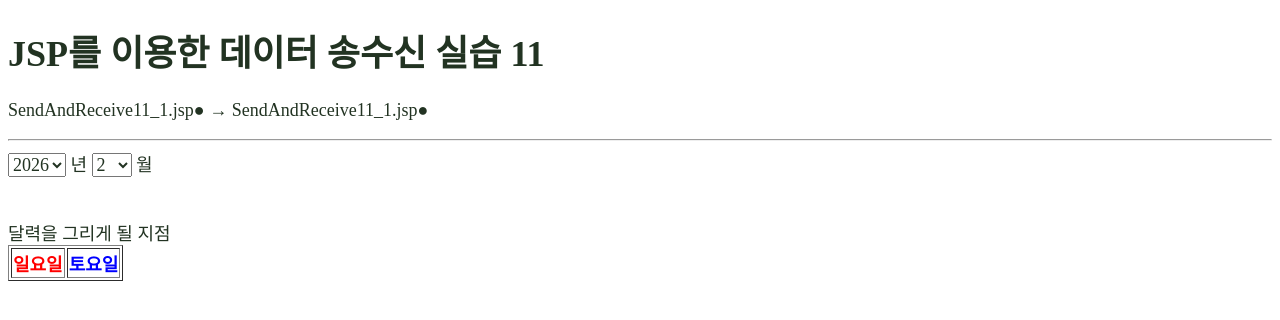
Repository: god5228god/Jsp
Page: http://localhost/WebApp06/SendAndReceive11_1.jsp
An editor plug-in stored every save of this project. The page is shown before and after the next save, followed by the edit.
The browser window is 1280 px wide. The pictures show the whole page.
The page is served by Tomcat 9.

Above is the page before, as saved 2026-03-04 05:19:29.

After the next save:
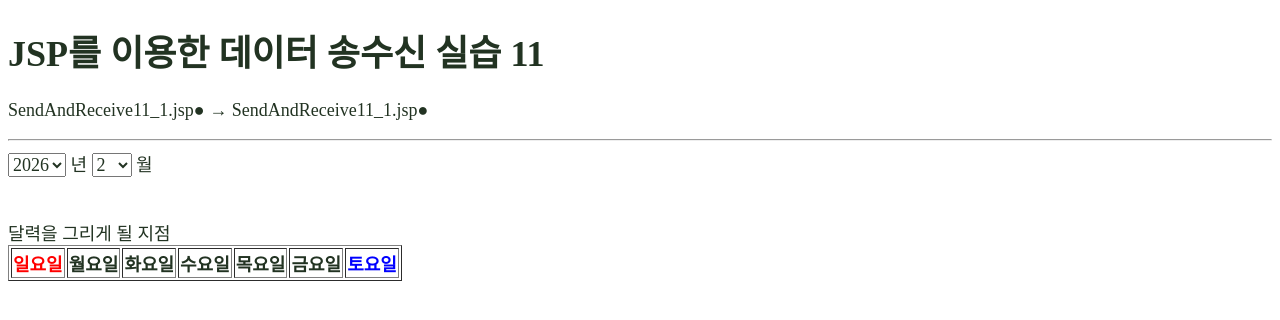
Saved 18 s later.
--- a/WebApp06/WebContent/SendAndReceive11_1.jsp
+++ b/WebApp06/WebContent/SendAndReceive11_1.jsp
@@ -147,8 +147,10 @@
 
 		if(i==0)
 			calStr += "<th style='color: red;'>" + weekNames[i] + "</th>";
-		if(i==6)
+		else if(i==6)
 			calStr += "<th style='color: blue;'>" + weekNames[i] + "</th>";
+		else
+			calStr += "<th>" + weekNames[i] + "</th>";
 	}
 
 
